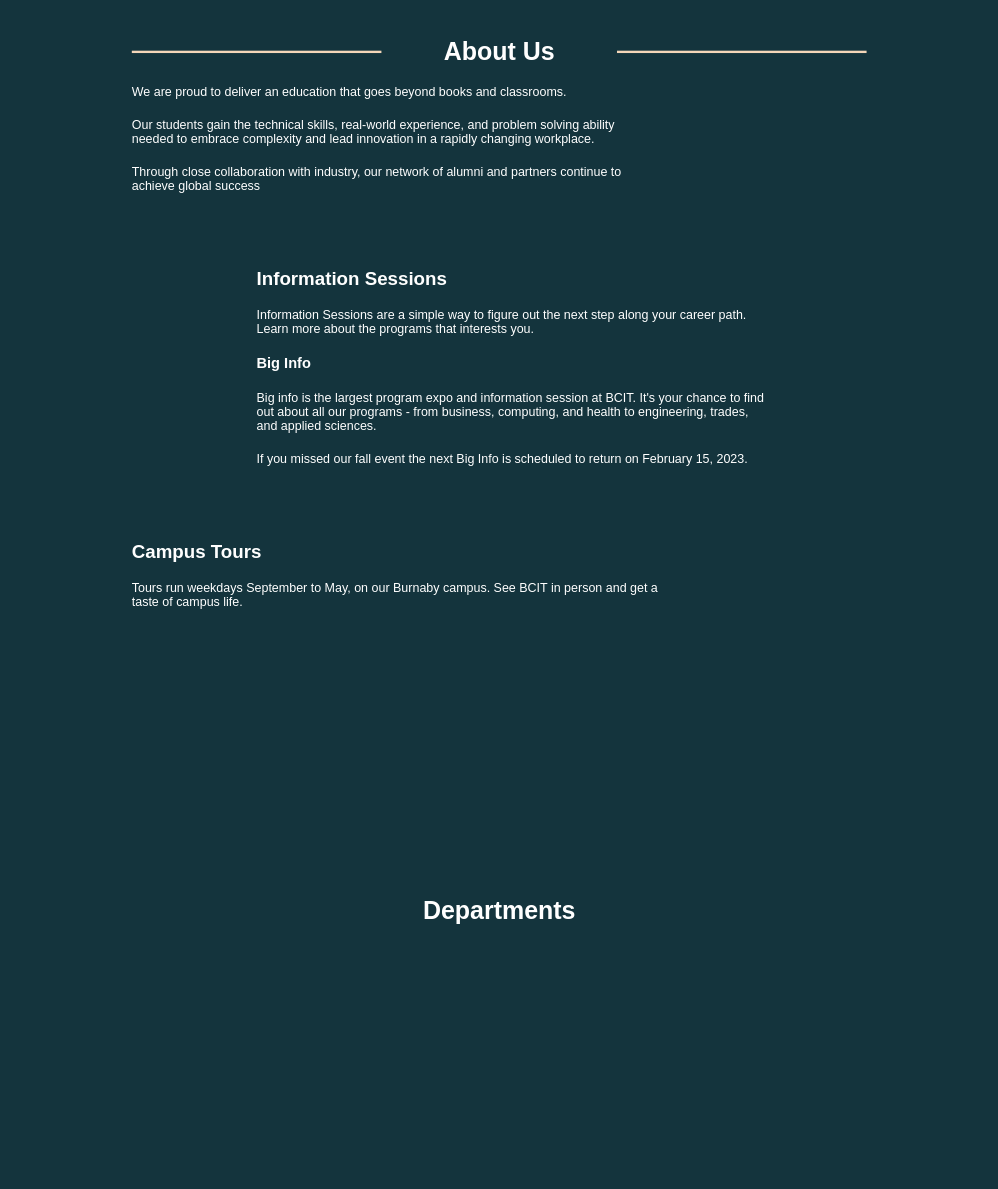
Repository: jennydmcm/assignment-1-playwright-site-A01338943
Page: /about
An editor plug-in stored every save of this project. The page is shown before and after the next save, followed by the edit.
The browser window is 1280 px wide. The pictures show the whole page, at 78% of full size.
The project was rebuilt for these pictures with package versions that can differ from the ones it lists, and the page was loaded fresh each time. The framework's server and built-in components were replaced by stand-ins that run in the browser. Also part of the build but not shown: next.config.js.

Above is the page before, as saved 2023-02-08 13:57:29.

### pages/_app.js
import '../styles/globals.css'
import '../styles/variables.css'

function MyApp({ Component, pageProps }) {
  return <Component {...pageProps} />
}

export default MyApp

### pages/about.js
import Head from "next/head";
import Image from "next/image";
import { Inter } from "@next/font/google";
import styles from "@/styles/About.module.css";
const inter = Inter({ subsets: ["latin"] });

export default function Home() {
  return (
    <>
      <Head>
        <title>About Us</title>
        <meta name="description" content="Generated by create next app" />
        <meta name="viewport" content="width=device-width, initial-scale=1" />
        <meta name="author" content="MDIA 2109" />
        <meta property="og:title" content="Assignment #1 - About Us Page" />
        <meta
          property="og:description"
          content="BCIT Digital Design and Development Diploma"
        />
        <link rel="icon" href="/favicon.png" />
      </Head>
      <main className={styles.main}>
        <header>
          <div className={styles.about}>
            <div className={styles.header}>
              <hr className={styles.lines}></hr>
              <h1 className={styles.aboutTitle}>About Us</h1>
              <hr className={styles.lines}></hr>
            </div>
            <p className={styles.mainText}>
              We are proud to deliver an education that goes beyond books and
              classrooms.
            </p>
            <p className={styles.mainText}>
              Our students gain the technical skills, real-world experience, and
              problem solving ability <br></br>
              needed to embrace complexity and lead innovation in a rapidly
              changing workplace.
            </p>
            <p className={styles.mainText}>
              Through close collaboration with industry, our network of alumni
              and partners continue to <br></br>
              achieve global success
            </p>
          </div>
          <div className={styles.infosesh}>
            <h2>Information Sessions</h2>
            <p className={styles.mainText}>
              Information Sessions are a simple way to figure out the next step
              along your career path. <br></br>
              Learn more about the programs that interests you.
            </p>
            <h3 className={styles.bigInfo}>Big Info</h3>
            <p className={styles.mainText}>
              Big info is the largest program expo and information session at
              BCIT. It's your chance to find<br></br>
              out about all our programs - from business, computing, and health
              to engineering, trades,<br></br>
              and applied sciences.
            </p>
            <p className={styles.mainText}>
              If you missed our fall event the next Big Info is scheduled to
              return on February 15, 2023.
            </p>
          </div>

          <div className={styles.tours}>
            <h2>Campus Tours</h2>
            <p className={styles.mainText}>
              Tours run weekdays September to May, on our Burnaby campus. See
              BCIT in person and get a<br></br>
              taste of campus life.
            </p>
          </div>
          <div className={styles.dept}>
            <h1>Departments</h1>
          </div>
        </header>
        <a>
          <span>
            <img href="/upwardArrow.png"></img>
            <img href="downwardArrow.png"></img>
          </span>
        </a>
      </main>
    </>
  );
}

### styles/variables.css
:root{
    --primary-color: #fff;
    --secondary-color: #f4d6b9;
    --ternary-color: #14343d;
    --quaternary-color: #14343d;
    --quinary-color: rgba(16,46,53,0.5);

}

### styles/About.module.css
.main{
    background-color: var(--ternary-color);
    color: var(--primary-color);
    font-family: Arial, Helvetica, sans-serif;
    display: flex;
    flex-direction: column;
    justify-content: center;
    align-items: center;
}
.about{
    display: flex;
    flex-direction: column;
    padding: 3rem;
    padding-bottom: 3rem;
    align-content: center;


}


.infosesh{
    display: flex;
    flex-direction: column;
    padding: 3rem;
    padding-bottom: 3rem;
    padding-left: 13rem;

}

.bigInfo{
    padding-top: 1.5rem;

}

.tours{
    display: flex;
    flex-direction: column;
    padding: 3rem;
    padding-bottom: 3rem;

}

.dept{
    display: flex;
    flex-direction: column;
    padding-top: 20rem;
    padding-bottom: 20rem;
    align-items: center;


}

.aboutTitle{
    display: flex;
    flex-direction: column;
    align-items: center;
    padding-left: 5rem;
    padding-right: 5rem;
}

.mainText{
    padding-top: 1.5rem;
}

.lines{
    border-top: none;
    border-bottom: 0.2rem solid var(--secondary-color);
    border-left: none;
    border-right: none;
    width: 20rem;
}
.header{
    display: flex;
    flex-direction: row;
    align-items: center;
}

Loaded but not shown: pages/_document.js (common file); pages/api/hello.js (common file); styles/globals.css (common file)

After the next save:
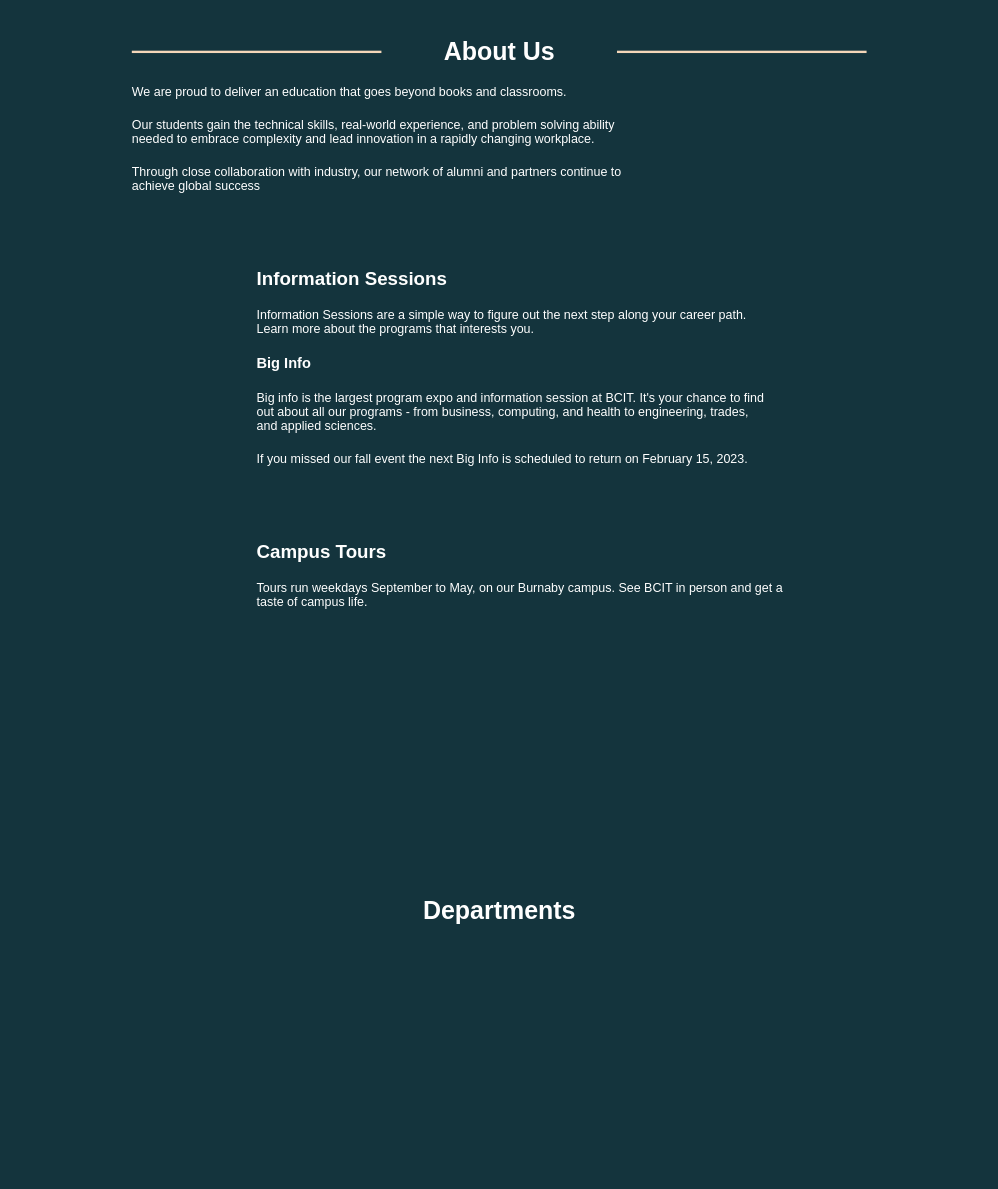
Saved 5 s later.
--- a/styles/About.module.css
+++ b/styles/About.module.css
@@ -37,6 +37,7 @@
     flex-direction: column;
     padding: 3rem;
     padding-bottom: 3rem;
+    padding-left: 13rem;
 
 }
 
